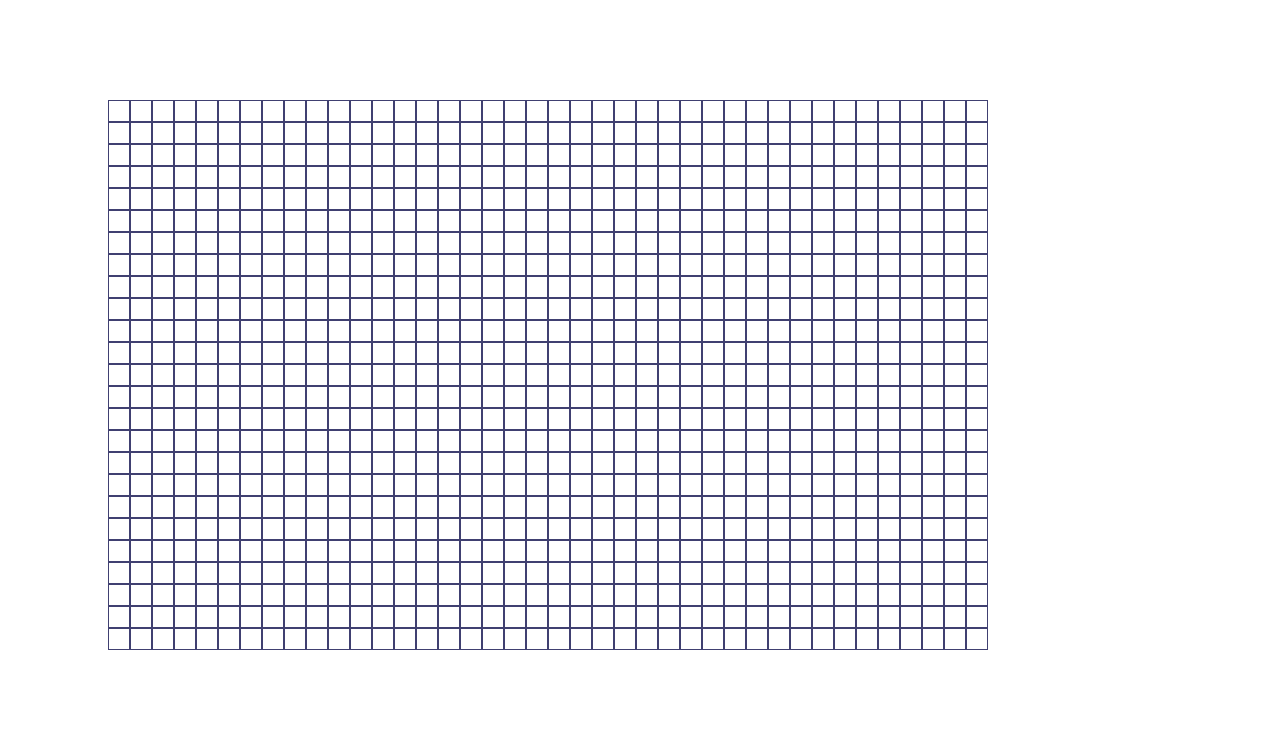
Repository: NikhilJohny/Pathfinding---ReactJS
Page: /
An editor plug-in stored every save of this project. The page is shown before and after the next save, followed by the edit.
The browser window is 1280 px wide. The pictures show the whole page.
The project was rebuilt for these pictures with package versions that can differ from the ones it lists, and the page was loaded fresh each time.

Above is the page before, as saved 2021-05-06 12:14:19.

After the next save:
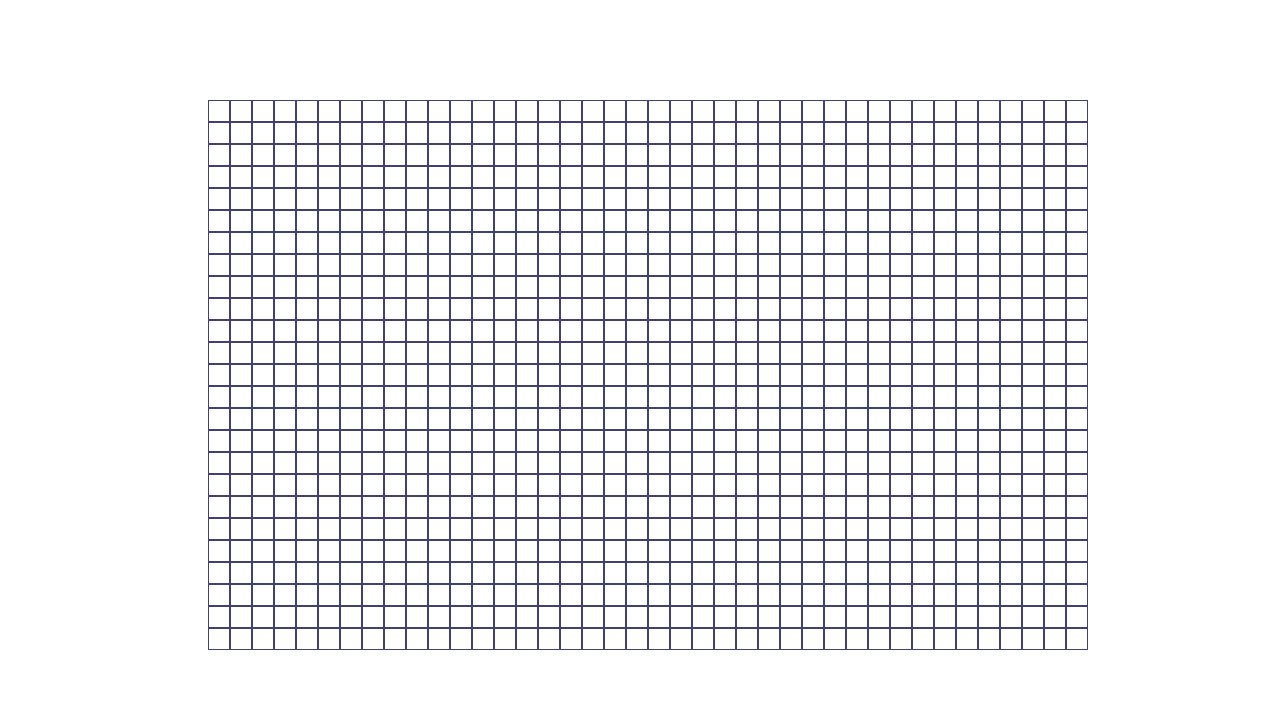
Saved 26 s later.
--- a/src/Node.css
+++ b/src/Node.css
@@ -1,5 +1,6 @@
 .canvas {
-    margin: 100px;
+    margin-top: 100px;
+    margin-left: 200px;
     max-width: 900px;
     min-width: 900px;
 }
